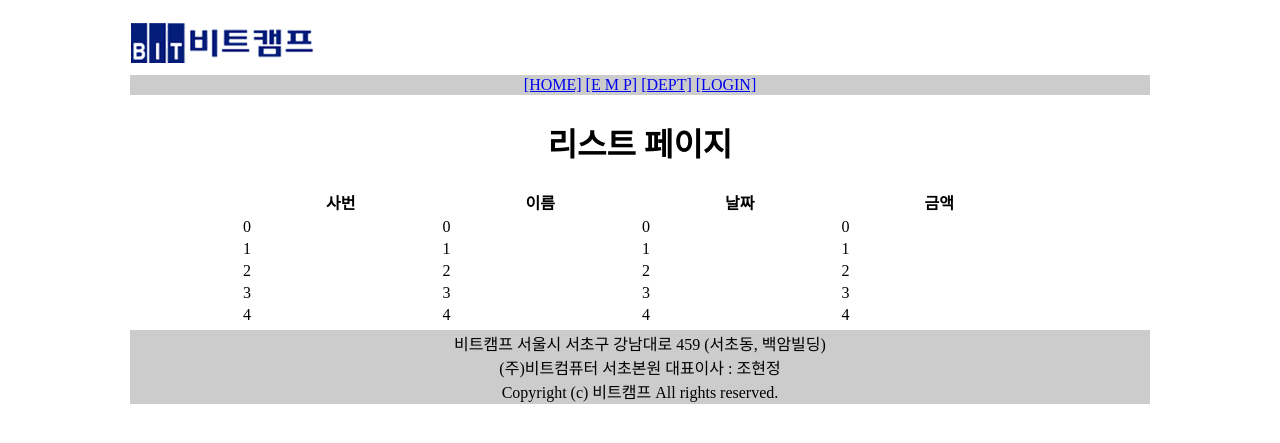
Repository: Deepsky110/LectureNotes
Page: http://localhost/web08/emp/add.jsp
The author's editor kept a copy of each file at every save. The page is drawn from the files as they stood at one save, then again after the next save.
The browser window is 1280 px wide. The pictures show the whole page.
The page is served by Tomcat 9. Other server files are loaded and not shown. Queries for data that is not in the repository find no rows.

Above is the page before, as saved 2020-07-07 02:18:18.

### web08/WebContent/emp/add.jsp
<%@page import="java.util.ArrayList"%>
<%@page import="com.bit.emp.EmpDto"%>
<%@page import="com.bit.emp.EmpCRUD"%>
<%@ page language="java" contentType="text/html; charset=EUC-KR"
    pageEncoding="EUC-KR"%>
<!DOCTYPE html PUBLIC "-//W3C//DTD HTML 4.01 Transitional//EN" "http://www.w3.org/TR/html4/loose.dtd">
<html>
<head>
<meta http-equiv="Content-Type" content="text/html; charset=EUC-KR">
<title>Insert title here</title>
</head>
<body>
	<table width="1024" align="center">
		<tr>
			<td>
				<img alt="" src="img/logo.png">
			</td>
		</tr>
		<tr>
			<td align="center" bgcolor="#cccccc">
				<a href="../index.jsp">[HOME]</a>
				<a href="./emp/lisg.jsp">[E M P]</a>
				<a href="../dept/list.jsp">[DEPT]</a>
				<a href="../login/form.jsp">[LOGIN]</a>
			</td>
		</tr>
		<tr>
			<td>
				<!-- content start -->
				<center>
				<h1>리스트 페이지</h1>
				<table width="800">
					<tr>
						<th>사번</th>
						<th>이름</th>
						<th>날짜</th>
						<th>금액</th>
					</tr>
					<%
					ArrayList<EmpDto> list = EmpCRUD.list();
					for(int i=0; i<5; i++){
					%>
					<tr>
						<td><%=i %></td>
						<td><%=i %></td>
						<td><%=i %></td>
						<td><%=i %></td>
					</tr>
					<%
					}
					%>
				</table>
				</center>
				<!-- content end -->
			</td>
		</tr>
		<tr>
			<td align="center" bgcolor="#cccccc">
				비트캠프 서울시 서초구 강남대로 459 (서초동, 백암빌딩)<br>
				(주)비트컴퓨터 서초본원 대표이사 : 조현정<br>
				Copyright (c) 비트캠프 All rights reserved.<br>
			</td>
		</tr>
	</table>

</body>
</html>

### web08/src/com/bit/emp/EmpCRUD.java
package com.bit.emp;

import java.sql.Connection;
import java.sql.ResultSet;
import java.sql.SQLException;
import java.sql.Statement;
import java.util.ArrayList;

import com.bit.util.MyOracle;

public class EmpCRUD {

	public static ArrayList<EmpDto> list(){
		ArrayList<EmpDto> list = new ArrayList<EmpDto>();
		String sql = "select * from emp02";
		Connection conn = null;
		Statement stmt = null;
		ResultSet rs = null;
		try {
			conn = MyOracle.getConn();
			stmt=conn.createStatement();
			rs=stmt.executeQuery(sql);
			while(rs.next()){
				EmpDto bean = new EmpDto();
				bean.setSabun(rs.getInt("sabun"));
				bean.setName(rs.getString("name"));
				bean.setNalja(rs.getDate("nalja"));
				bean.setPay(rs.getInt("pay"));
				list.add(bean);
			}
		} catch (SQLException e) {
			e.printStackTrace();
		} finally {
			try {
				if(rs!=null)rs.close();
				if(stmt!=null)stmt.close();
				if(conn!=null)conn.close();
			} catch (SQLException e) {
				// TODO Auto-generated catch block
				e.printStackTrace();
			}
		}
		return list;
	}
}

### web08/src/com/bit/util/MyOracle.java
package com.bit.util;

import java.sql.Connection;
import java.sql.DriverManager;
import java.sql.SQLException;

public class MyOracle {
	private static String driver="oracle.jdbc.driver.OracleDriver";
	private static String url="jdbc:oracle:thin:@localhost:1521:xe";
	private static String user="scott";
	private static String password="tiger";
	private static Connection conn;

	private MyOracle() {}

	public static Connection getConn() throws SQLException{

		if(conn==null||conn.isClosed()){
			try{
				Class.forName(driver);
			} catch (ClassNotFoundException e) {
				System.out.println("ojdbc14.jar를 넣었는지 확인하고");
				System.out.println("드라이버 경로가 맞는지 확인하세요");
			}
			conn=DriverManager.getConnection(url,user,password);
		}

		return conn; // 필드값 리턴

	}
}

After the next save:
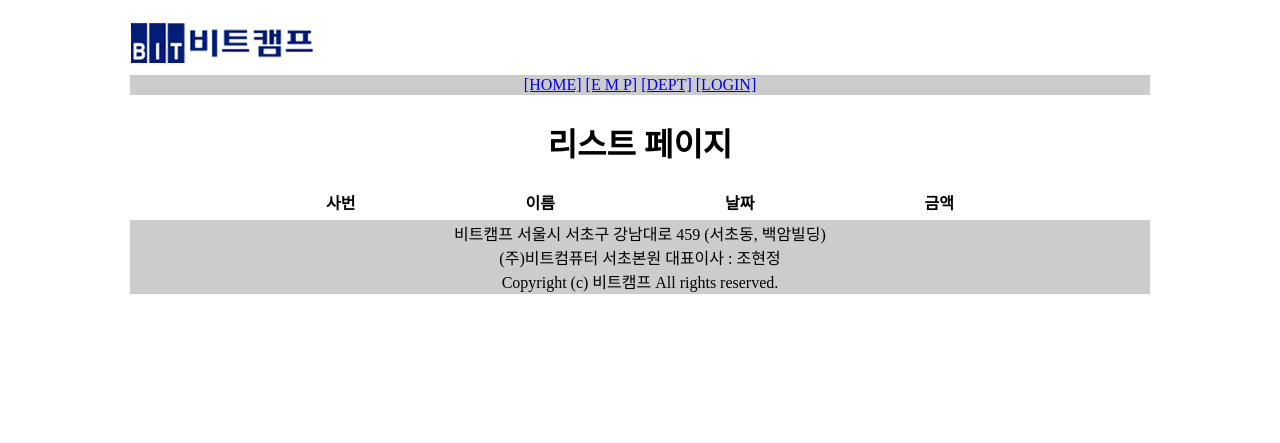
Saved 31 s later.
--- a/web08/WebContent/emp/add.jsp
+++ b/web08/WebContent/emp/add.jsp
@@ -38,7 +38,9 @@
 					</tr>
 					<%
 					ArrayList<EmpDto> list = EmpCRUD.list();
-					for(int i=0; i<5; i++){
+
+					for(int i=0; i<list.size(); i++){
+						list.get(i);
 					%>
 					<tr>
 						<td><%=i %></td>
